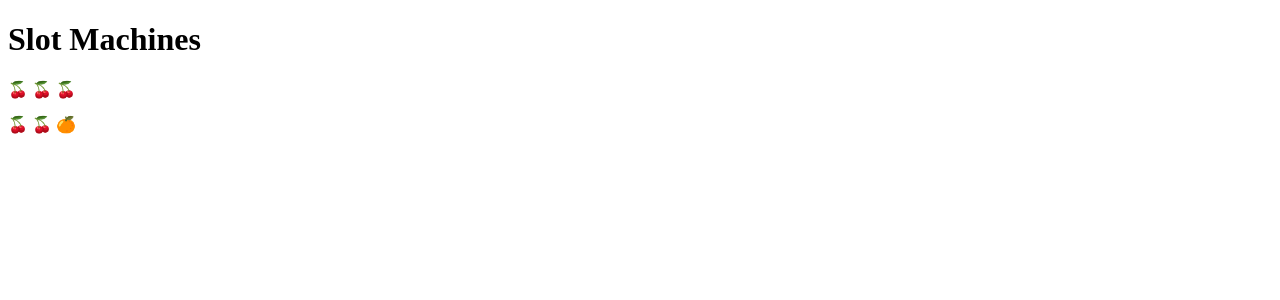
Repository: Zichi90123/ReactTraining
Page: 04_Create_React_App/fruit-exercise/ReactTraining/03_Props/02_SlotExercise/index.html
These files come from the project's save history. The page is drawn as it stood at one moment and after the next save; the edit follows.
The browser window is 1280 px wide. The pictures show the whole page.

Above is the page before, as saved 2019-12-13 13:03:34.

After the next save:
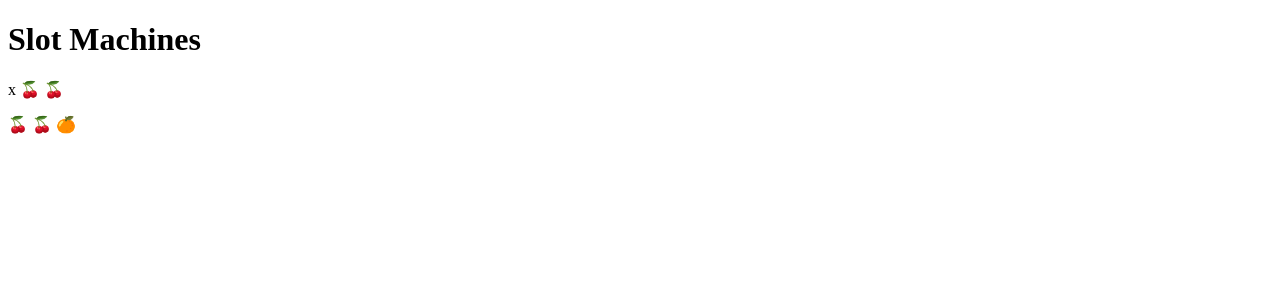
Saved 2 min 9 s later.
--- a/04_Create_React_App/fruit-exercise/ReactTraining/03_Props/02_SlotExercise/index.js
+++ b/04_Create_React_App/fruit-exercise/ReactTraining/03_Props/02_SlotExercise/index.js
@@ -5,7 +5,7 @@
       <div>
         <h1>Slot Machines</h1>
         <Machine
-          s1="🍒"
+          s1="x"
           s2="🍒"
           s3="🍒"
         />
